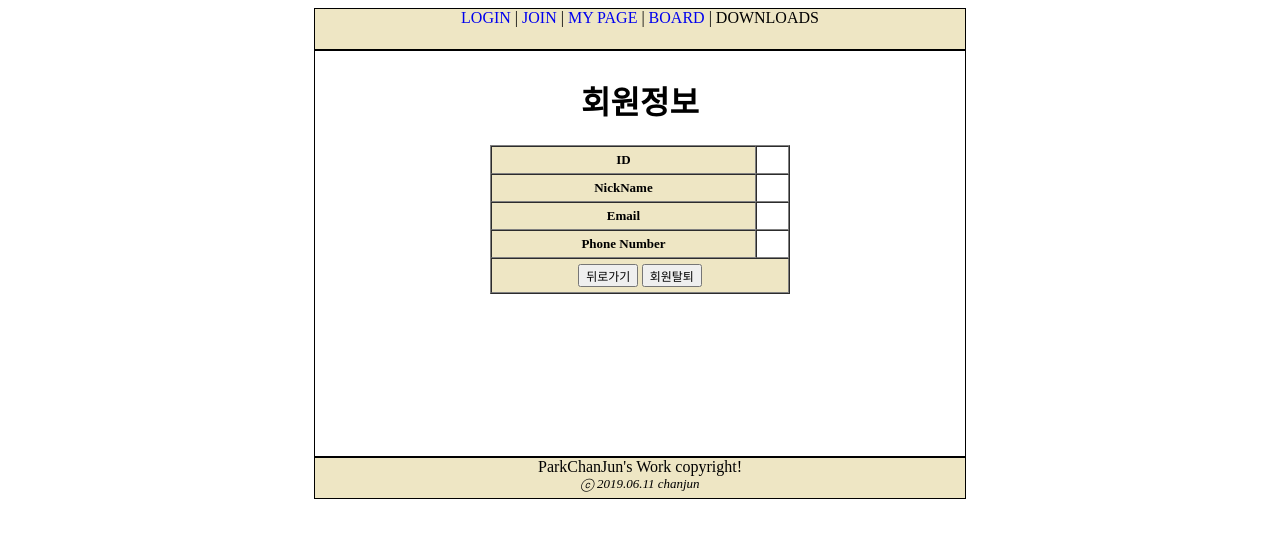
Repository: slolee/Spring-Board
Page: http://localhost/spring_project/WEB-INF/views/member/mypageResultView.jsp
The author's editor kept a copy of each file at every save. The page is drawn from the files as they stood at one save, then again after the next save.
The browser window is 1280 px wide. The pictures show the whole page.
The page is served by Tomcat 9. Nobody is signed in. Other server files are loaded and not shown. The template is opened directly, without the code that normally fills it, so the values that code supplies are empty.

Above is the page before, as saved 2019-06-17 02:27:55.

### spring_project/src/main/webapp/WEB-INF/views/member/mypageResultView.jsp
<%@ page language="java" contentType="text/html; charset=UTF-8"
    pageEncoding="UTF-8"%>
<jsp:include page="../layout/header.jsp">
	<jsp:param name="title" value="MyPage"/>
</jsp:include>

	<h1>회원정보</h1>
	<table border=1 cellpadding="5" cellspacing="0" align="center" width="300px" style="font-size:small;">
		<tr>
			<th>ID</th>
			<td>${ vo.id }</td>
		</tr>

		<tr>
			<th>NickName</th>
			<td>${ vo.nickname }</td>
		</tr>

		<tr>
			<th>Email</th>
			<td>${ vo.email }</td>
		</tr>

		<tr>
			<th>Phone Number</th>
			<td>${ vo.phone }</td>
		</tr>

		<tr>
			<th colspan="2">
				<input type="button" value="뒤로가기" onclick="history.back()">
				<input type="button" value="회원탈퇴" onclick="location.href='signoutView.do'">
			</th>
		</tr>
	</table>
<%@ include file = "../layout/footer.jsp" %>

### spring_project/src/main/webapp/WEB-INF/views/layout/footer.jsp
<%@ page language="java" contentType="text/html; charset=UTF-8"
    pageEncoding="UTF-8"%>
		</div>
		<div id="footer" align="center">
			ParkChanJun's Work copyright! <br>
			<i><font size="2">ⓒ 2019.06.11 chanjun</font></i>
		</div>
	</div>
</body>
</html>

### spring_project/src/main/webapp/WEB-INF/views/layout/header.jsp
<%@ page language="java" contentType="text/html; charset=UTF-8"
    pageEncoding="UTF-8"%>
<%@ taglib prefix="c" uri="http://java.sun.com/jsp/jstl/core" %>
<%
	request.setCharacterEncoding("UTF-8");
	String title = request.getParameter("title");
	if(title == null)
		title = "My Homepage";
%>
<!DOCTYPE html PUBLIC "-//W3C//DTD HTML 4.01 Transitional//EN" "http://www.w3.org/TR/html4/loose.dtd">
<html>
<head>
	<meta http-equiv="Content-Type" content="text/html; charset=UTF-8">
	<title><%= title %></title>
	<style>
		#header, #footer{
			background-color: #EEE6C4;
			font-family: "HY울릉도M";
			border: 1px solid black;
			width: 650px;
			height: 40px;
		}
		#main{
			border: 1px solid black;
			width: 650px;
			min-height: 400px;
			padding-top: 5px;
		}
		a{
			text-decoration: none;
		}

		input[type=button], input[type=submit], input[type=reset]{
			font-size: 9pt;
		}

		th{
			background-color: #EEE6C4;
		}

		td{
			background-color: #FFFFFF;
		}

	</style>
</head>
<body>
	<div align="center">
		<div id="header" align="center">
			<c:choose>
				<c:when test="${ sessionScope.login_id == null }">
					<a href="loginView.do">LOGIN</a> |
					<a href="joinView.do">JOIN</a> |
				</c:when>
				<c:otherwise>
					${ sessionScope.login_nickname } |
					<a href="logoutLogic.do">LOGOUT</a> |
				</c:otherwise>
			</c:choose>

			<a href="mypageView.do">MY PAGE</a> |
			<a href="boardView.do">BOARD</a> |
			DOWNLOADS
		</div>
		<div id="main" align="center">

After the next save:
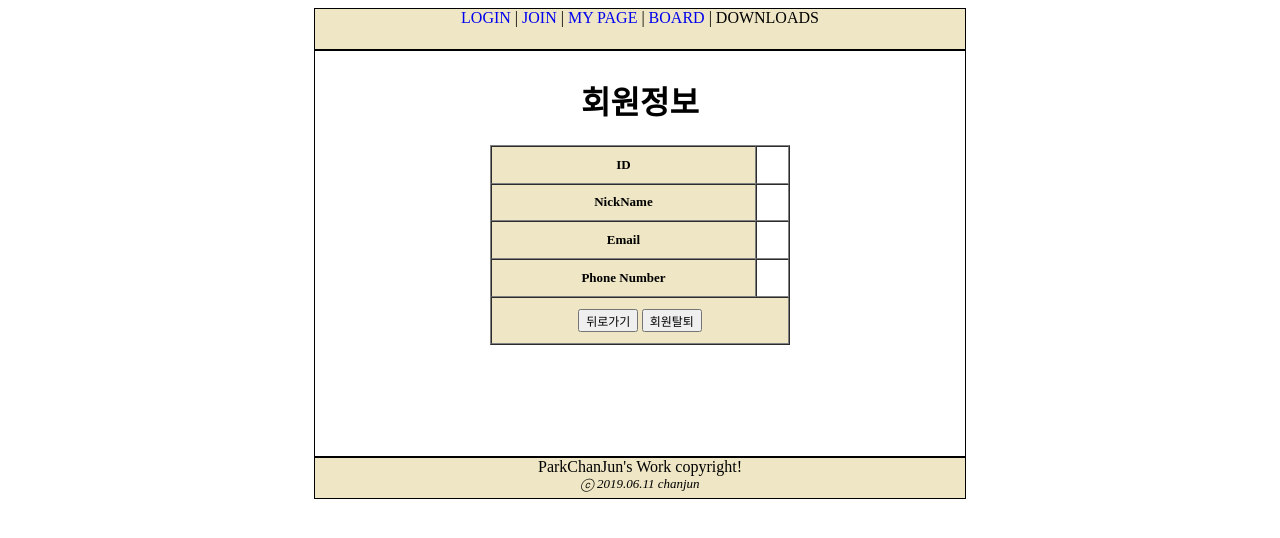
Saved 13 s later.
--- a/spring_project/src/main/webapp/WEB-INF/views/member/mypageResultView.jsp
+++ b/spring_project/src/main/webapp/WEB-INF/views/member/mypageResultView.jsp
@@ -5,7 +5,7 @@
 </jsp:include>
 
 	<h1>회원정보</h1>
-	<table border=1 cellpadding="5" cellspacing="0" align="center" width="300px" style="font-size:small;">
+	<table border=1 cellpadding="5" cellspacing="0" align="center" width="300px" height="200px" style="font-size:small;">
 		<tr>
 			<th>ID</th>
 			<td>${ vo.id }</td>
